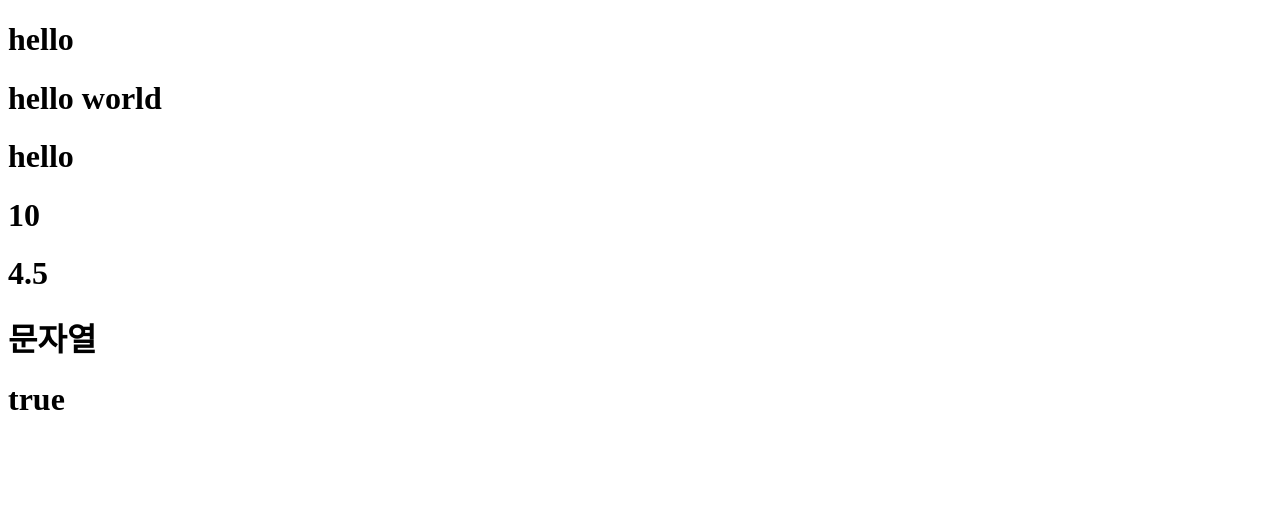
Repository: pro-hk/jsp
Page: http://localhost/chap06/express_language_01.jsp
An editor plug-in stored every save of this project. The page is shown before and after the next save, followed by the edit.
The browser window is 1280 px wide. The pictures show the whole page.
The page is served by Tomcat 9. Other server files are loaded and not shown.

Above is the page before, as saved 2022-01-25 06:13:01.

### chap06/src/main/webapp/express_language_01.jsp
<%@ page language="java" contentType="text/html; charset=UTF-8"
    pageEncoding="UTF-8"%>
<!DOCTYPE html>
<html>
<head>
<meta charset="UTF-8">
<title>Insert title here</title>
</head>
<body>
	<h1><% out.print("hello"); %></h1>
	<h1><%= "hello world" %></h1>
	<h1>${"hello"}</h1>
	<h1>${10 }</h1>
	<h1>${4.5 }</h1>
	<h1>${"문자열" }</h1>
	<h1>${true }</h1>
	<h1>${null }</h1>
</body>
</html>

After the next save:
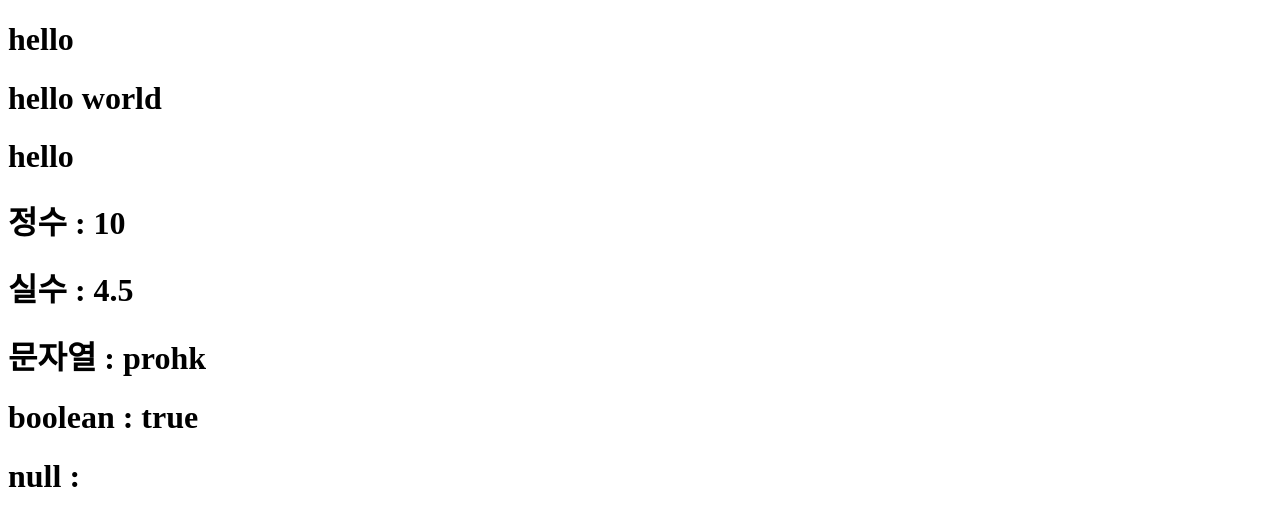
Saved 32 s later.
--- a/chap06/src/main/webapp/express_language_01.jsp
+++ b/chap06/src/main/webapp/express_language_01.jsp
@@ -10,10 +10,10 @@
 	<h1><% out.print("hello"); %></h1>
 	<h1><%= "hello world" %></h1>
 	<h1>${"hello"}</h1>
-	<h1>${10 }</h1>
-	<h1>${4.5 }</h1>
-	<h1>${"문자열" }</h1>
-	<h1>${true }</h1>
-	<h1>${null }</h1>
+	<h1>정수 : ${10 }</h1>
+	<h1>실수 : ${4.5 }</h1>
+	<h1>문자열 : ${"prohk" }</h1>
+	<h1>boolean : ${true }</h1>
+	<h1>null : ${null }</h1>
 </body>
 </html>
